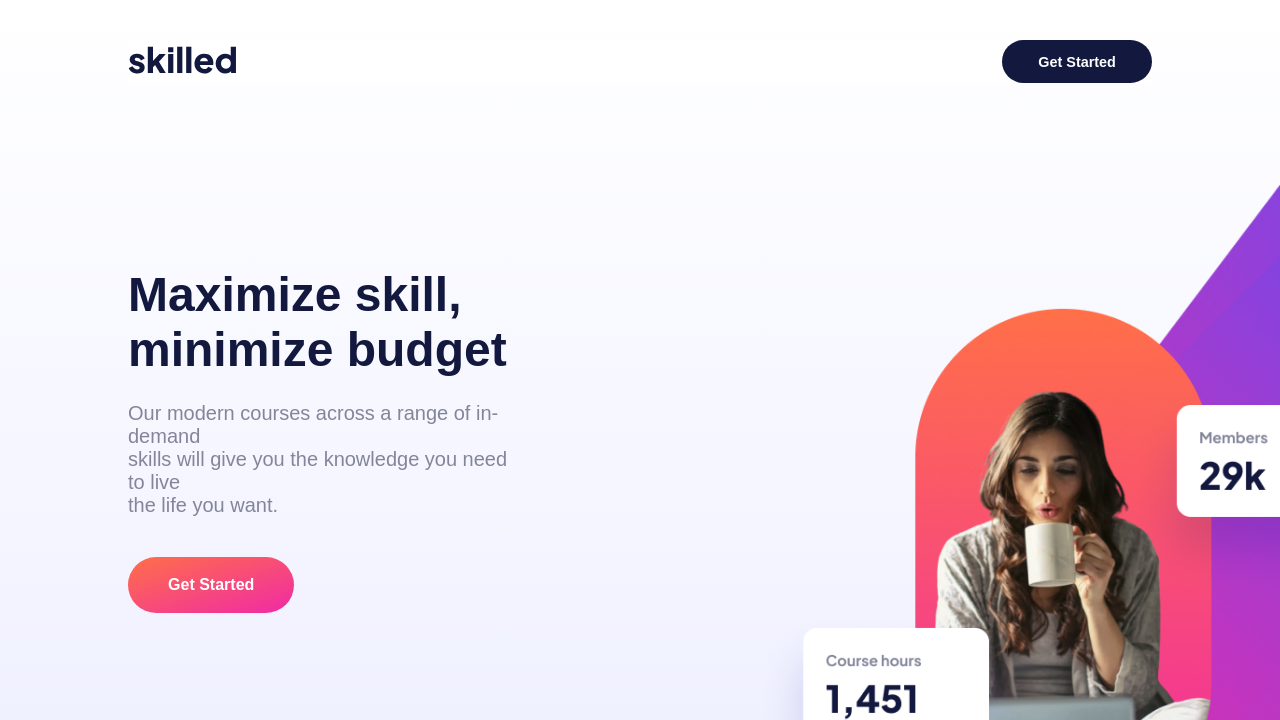
Repository: exe-walt/E-Learning-Landing-Page
Page: index.html
An editor plug-in stored every save of this project. The page is shown before and after a run of saves, followed by the edit.
The browser window is 1280 px wide. The pictures show the whole page.
An inner scrolling area shows only its first screen. Some web fonts or font styles are not loaded; a fallback is used.

Above is the page before, as saved 2025-05-30 17:33:27.

After the next 5 saves:
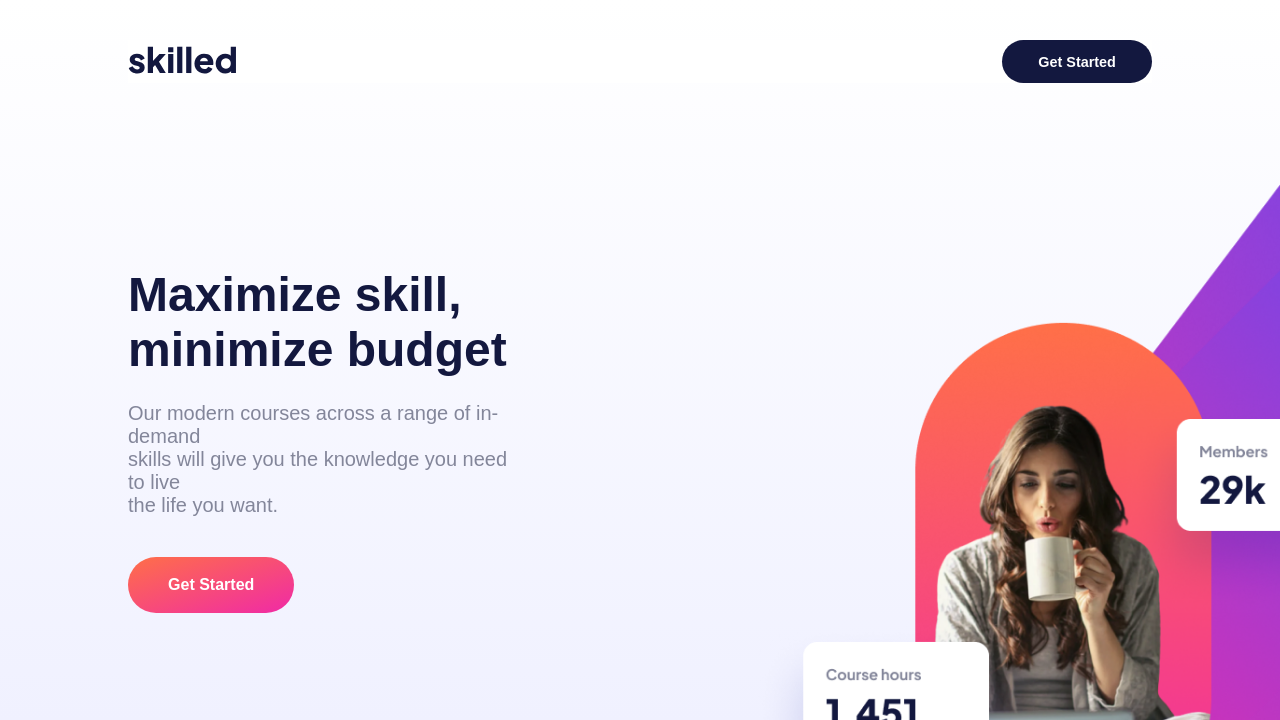
The 5 saves are shown as one change because they came seconds apart.
The last was saved 13 s later.
--- a/css/style.css
+++ b/css/style.css
@@ -77,7 +77,7 @@ body {
 
 .img1 {
   width: 105%;
-  transform: translate(35%, 70px);
+  transform: translate(35%, 84px);
   position: relative;
   z-index: 3;
 }
